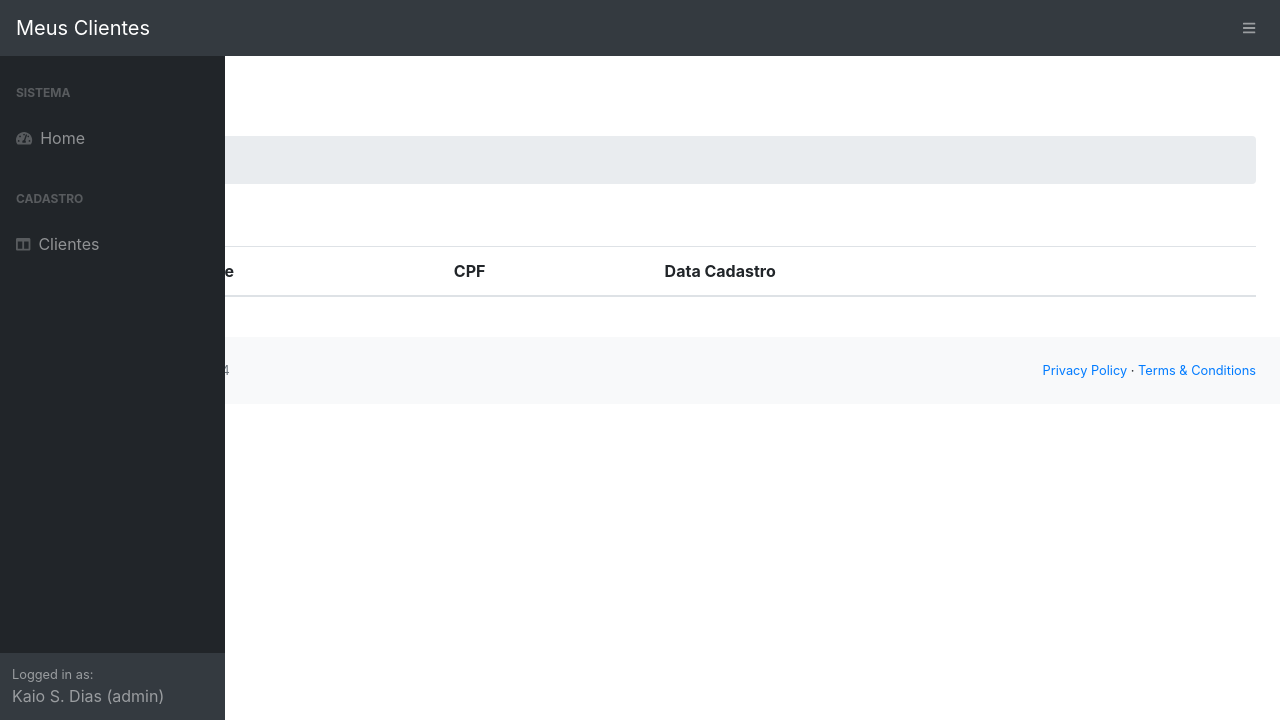
Repository: Kaio-Dias/Angular-Springboot
Page: /users-list (app in Frontend/clients-app/)
An editor plug-in stored every save of this project. The page is shown before and after the next save, followed by the edit.
The browser window is 1280 px wide. The pictures show the whole page.
Some web libraries are served in a nearby version. The project was rebuilt for these pictures with package versions that can differ from the ones it lists, and the page was loaded fresh each time. Also part of the build but not shown: Frontend/clients-app/angular.json, Frontend/clients-app/src/app/users/users-form/users-form.component.ts, Frontend/clients-app/src/app/home/home.component.ts.

Above is the page before, as saved 2024-07-09 11:46:26.

After the next save:
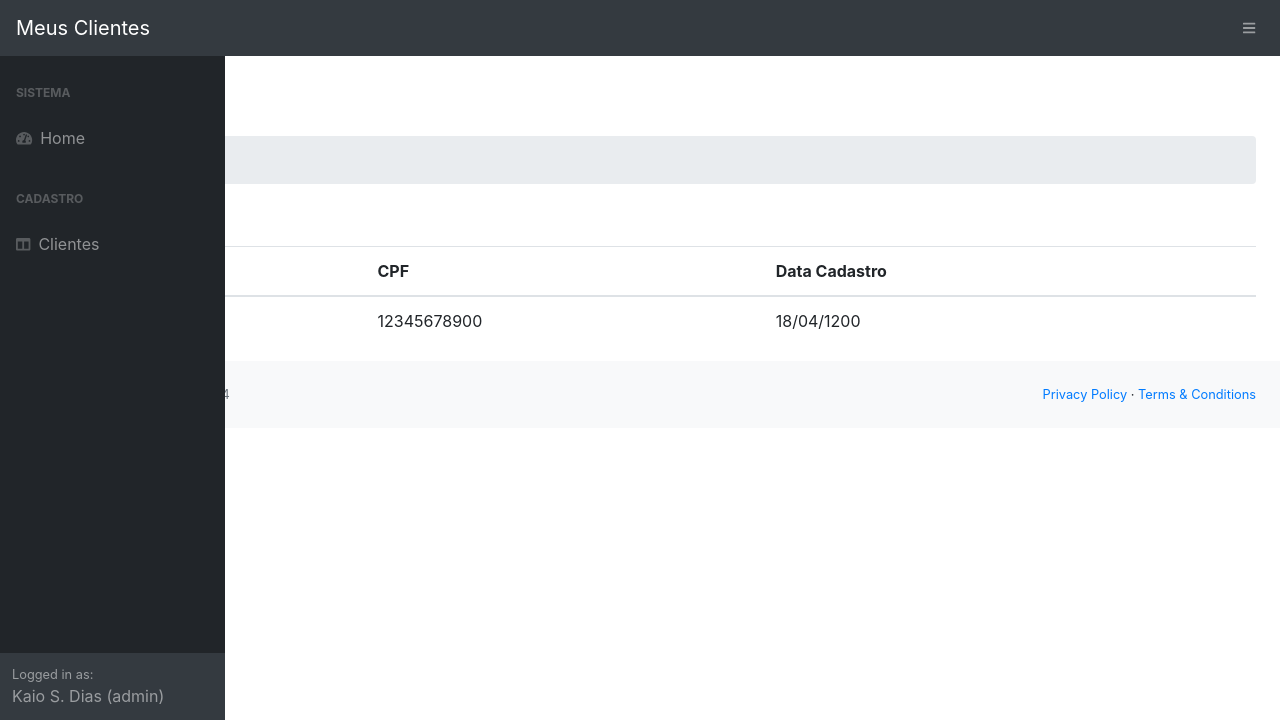
Saved 36 s later.
--- a/Frontend/clients-app/src/app/users/users-list/users-list.component.html
+++ b/Frontend/clients-app/src/app/users/users-list/users-list.component.html
@@ -25,10 +25,10 @@
             </thead>
             <tbody>
                 <tr *ngFor="let user of users">
-                    <td></td>
-                    <td></td>
-                    <td></td>
-                    <td></td>
+                    <td>{{user.id}}</td>
+                    <td>{{user.username}}</td>
+                    <td>{{user.cpf}}</td>
+                    <td>{{user.registered_date}}</td>
                     <td></td>
                 </tr>
             </tbody>
